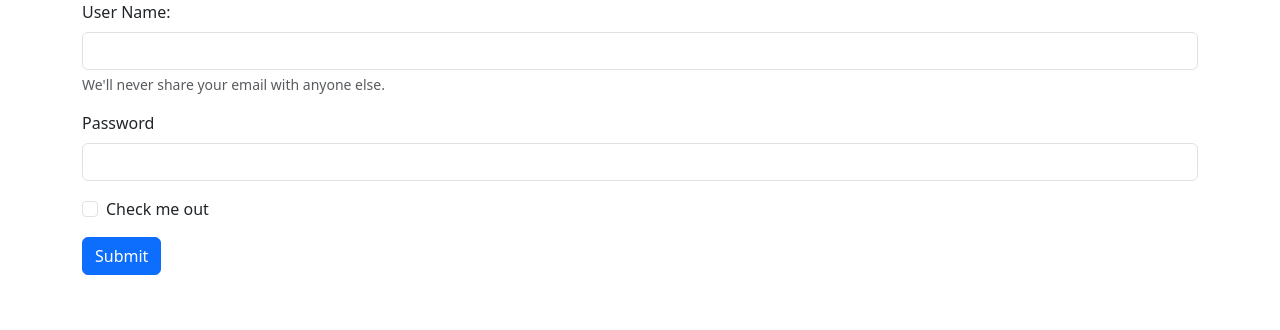
Repository: abhibagul/SimpliLearn-LearnersAcademy-Project
Page: LeanerAcademyProject/src/main/webapp/admin.html
These files come from the project's save history. The page is drawn as it stood at one moment and after the next save; the edit follows.
The browser window is 1280 px wide. The pictures show the whole page.

Above is the page before, as saved 2023-01-10 11:23:09.

After the next save:
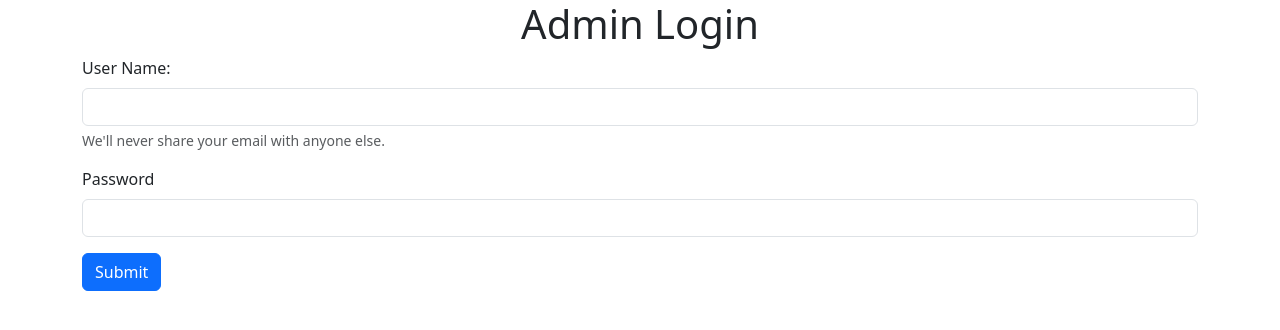
Saved 37 s later.
--- a/LeanerAcademyProject/src/main/webapp/admin.html
+++ b/LeanerAcademyProject/src/main/webapp/admin.html
@@ -9,6 +9,11 @@
 
 <div class="container">
 <form>
+<div class="row">
+<div class="col-sm-12 text-center">
+	<h1>Admin Login</h1>
+</div>
+</div>
   <div class="mb-3">
     <label for="exampleInputEmail1" class="form-label">User Name:</label>
     <input type="text" class="form-control" id="exampleInputEmail1" aria-describedby="emailHelp">
@@ -18,10 +23,6 @@
     <label for="exampleInputPassword1" class="form-label">Password</label>
     <input type="password" class="form-control" id="exampleInputPassword1">
   </div>
-  <div class="mb-3 form-check">
-    <input type="checkbox" class="form-check-input" id="exampleCheck1">
-    <label class="form-check-label" for="exampleCheck1">Check me out</label>
-  </div>
   <button type="submit" class="btn btn-primary">Submit</button>
 </form>
 </div>
